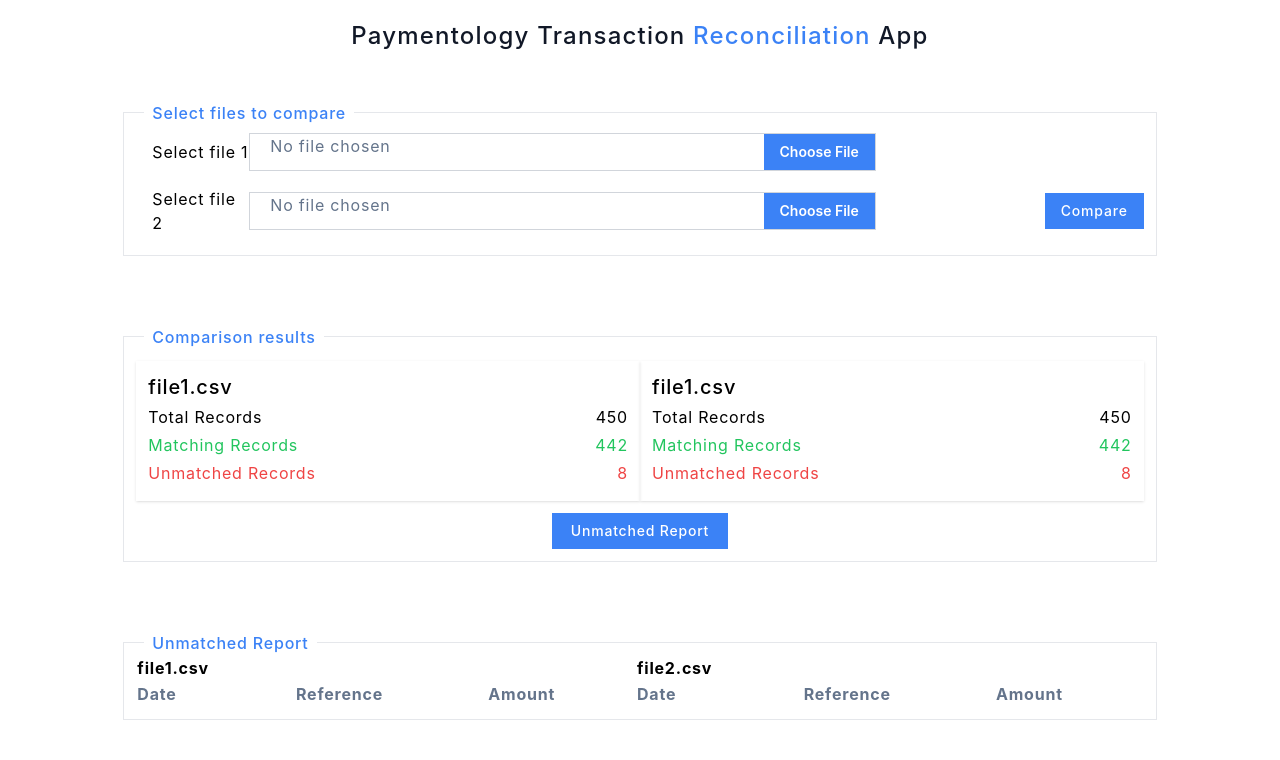
Repository: chionye/paymentology-front
Page: /
An editor plug-in stored every save of this project. The page is shown before and after the next save, followed by the edit.
The browser window is 1280 px wide. The pictures show the whole page.
The project was rebuilt for these pictures with package versions that can differ from the ones it lists, and the page was loaded fresh each time.

Above is the page before, as saved 2022-03-16 19:09:39.

### src/index.css
@tailwind base;
@tailwind components;
@tailwind utilities;

body {
  margin: 0;
  font-family: -apple-system, BlinkMacSystemFont, 'Segoe UI', 'Roboto', 'Oxygen',
    'Ubuntu', 'Cantarell', 'Fira Sans', 'Droid Sans', 'Helvetica Neue',
    sans-serif;
  -webkit-font-smoothing: antialiased;
  -moz-osx-font-smoothing: grayscale;
}

input[type=file]::file-selector-button {
  float: right;
}
input[type=file]::-ms-browse {
  float: right;
}

input[type=file]::-webkit-file-upload-button {
  float: right;
}

### src/App.js
import CompareFiles from "./components/CompareFiles";
import Results from "./components/Results";
import Report from "./components/Report";
import Title from "./components/Title";

function App() {
  return (
    <>
      <Title />
      <CompareFiles />
      <Results />
      <Report />
    </>

  );
}

export default App;

### src/components/CompareFiles.js
import Button from "./Button";
import Container from "./Container";
import InputFile from "./InputFile";
import Section from "./Section";

const CompareFiles = () => {
    return(
        <Container>
            <Section title={"Select files to compare"}>
                <InputFile file={"Select file 1"} />
                <div className="flex flex-col md:flex-row md:items-center md:justify-between">
                    <InputFile file={"Select file 2"} />
                    <div className="my-3 md:my-0">
                    <Button width={"w-full"} label={"Compare"} />
                    </div>

                </div>
            </Section>
        </Container>

    )
}

export default CompareFiles;

### src/components/Results.js
import Button from "./Button";
import Container from "./Container";
import FileSummary from "./FileSummary";
import Section from "./Section";

const Results = () => {
    return(
        <Container>
            <Section title={"Comparison results"}>
                <div className="flex flex-col md:flex-row md:justify-between md:items-center">
                    <FileSummary />
                    <FileSummary />
                </div>
                <div className="md:flex md:w-44 md:justify-center md:mx-auto">
                        <Button width={"w-full"} label={"Unmatched Report"} />
                </div>
            </Section>
        </Container>
    )
}

export default Results;

### src/components/Report.js
import Container from "./Container";
import Section from "./Section";
import Table from "./Table";

const Report = () => {
    return(
        <Container>
            <Section title={"Unmatched Report"}>
                <Table />
            </Section>
        </Container>
    )
}

export default Report;

### src/components/Title.js
import Container from "./Container"

const Title = () => {
    return(
        <Container>
            <div className="md:w-5/6 mx-auto">
                <h1 className="font-medium tracking-wider text-center  leading-loose text-xl md:text-2xl text-gray-900">Paymentology Transaction <span className="text-blue-500">Reconciliation</span> App</h1>

            </div>
        </Container>
    )
}

export default Title;

### src/components/Button.js
const Button = (props) => {

    return <button className={`${props.width} bg-blue-500 hover:bg-blue-700 py-2 px-4 text-sm text-white font-medium`}>{props.label}</button>
}

export default Button;

### src/components/Container.js
const Container = (props) => {

    return <div className="p-5 mx-auto">{props.children}</div>
}
export default Container;

### src/components/InputFile.js
import Button from "./Button";
const InputFile = (props) => {
    return(
        <div className="flex flex-col md:flex-row w-full md:w-3/4 md:items-center text-sm md:text-base tracking-wider my-2 md:px-4">
            <label className="w-28">{props.file}</label>
            <div className="border border-1 border-gray-300 w-full">
            <input type="file"
                    className="block
                    w-full
                    mr-2
                    md:mx-3
                    appearance-none
                    px-2
                    text-slate-500
                    file:py-2
                    file:px-4
                    file:border-0
                    file:text-sm
                    file:font-semibold
                    file:bg-blue-500
                    hover:file:bg-blue-700
                    file:text-white
                "/>
            </div>

        </div>
    )
}

export default InputFile;

### src/components/Section.js

const Section = (props) => {
    return(
        <div className="relative md:w-5/6  h-auto p-3 border border-1 border-gray mx-auto my-5 tracking-wider">
            <div className="absolute font-medium -top-3 left-1 md:left-5 bg-white  text-blue-500 px-2">{props.title}</div>
            {props.children}
        </div>
    )
}

export default Section;

### src/components/FileSummary.js
const FileSummary = () => {
    return(
        <div className="shadow text-sm md:text-base p-3 my-3 w-full md:w-1/2  max-w-lg tracking-wider ">
            <div className="font-medium text-xl">file1.csv</div>
            <div className="flex flex-row justify-between my-1">
                <span>Total Records</span>
                <span>450</span>
            </div>
            <div className="flex flex-row justify-between my-1 text-green-500">
                <span>Matching Records</span>
                <span>442</span>
            </div>
            <div className="flex flex-row justify-between my-1 text-red-500">
                <span>Unmatched Records</span>
                <span>8</span>
            </div>
        </div>
    )
}

export default FileSummary;

### src/components/Table.js
const Table = () => {
    return(
        <div className="w-full overflow-scroll">
            <table className="w-full border-collapse border-slate-500">
            <thead>
                <tr className="text-left">
                    <th>file1.csv</th>
                    <th></th>
                    <th></th>
                    <th>file2.csv</th>
                    <th></th>
                    <th></th>
                </tr>
                <tr className="text-left text-slate-500">
                    <th>Date</th>
                    <th>Reference</th>
                    <th>Amount</th>
                    <th>Date</th>
                    <th>Reference</th>
                    <th>Amount</th>
                </tr>
            </thead>
            <tbody></tbody>
        </table>
        </div>

    )
}

export default Table;

Loaded but not shown: public/index.html (common file); src/index.js (common file); src/reportWebVitals.js (common file); tailwind.config.js (common file)

After the next save:
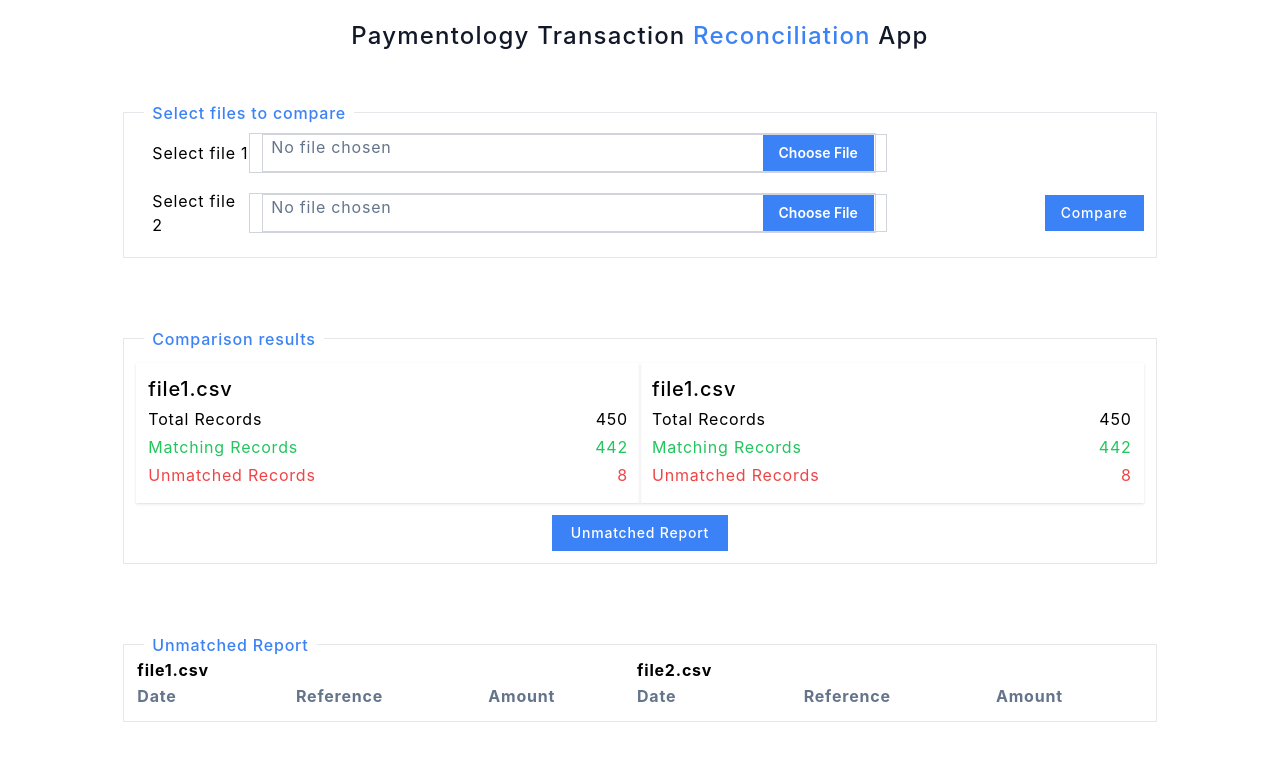
Saved 19 s later.
--- a/src/components/InputFile.js
+++ b/src/components/InputFile.js
@@ -6,6 +6,7 @@ const InputFile = (props) => {
             <div className="border border-1 border-gray-300 w-full">
             <input type="file"
                     className="block
+                    border border-1 border-gray-300
                     w-full
                     mr-2
                     md:mx-3

After the 2 saves that followed:
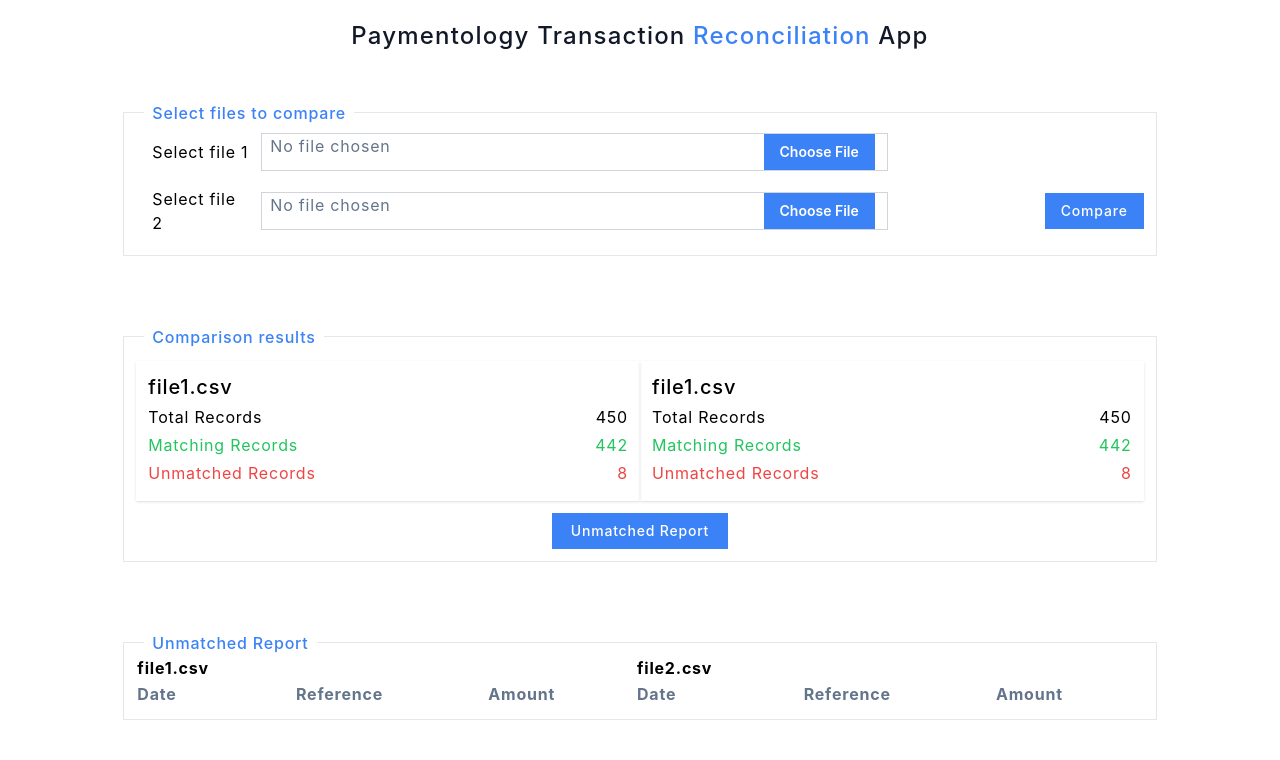
The 2 saves are shown as one change because 1 left the picture as it was.
The last was saved 32 s later.
--- a/src/components/InputFile.js
+++ b/src/components/InputFile.js
@@ -3,12 +3,12 @@ const InputFile = (props) => {
     return(
         <div className="flex flex-col md:flex-row w-full md:w-3/4 md:items-center text-sm md:text-base tracking-wider my-2 md:px-4">
             <label className="w-28">{props.file}</label>
-            <div className="border border-1 border-gray-300 w-full">
+            <div className=" w-full">
             <input type="file"
                     className="block
                     border border-1 border-gray-300
                     w-full
-                    mr-2
+
                     md:mx-3
                     appearance-none
                     px-2
